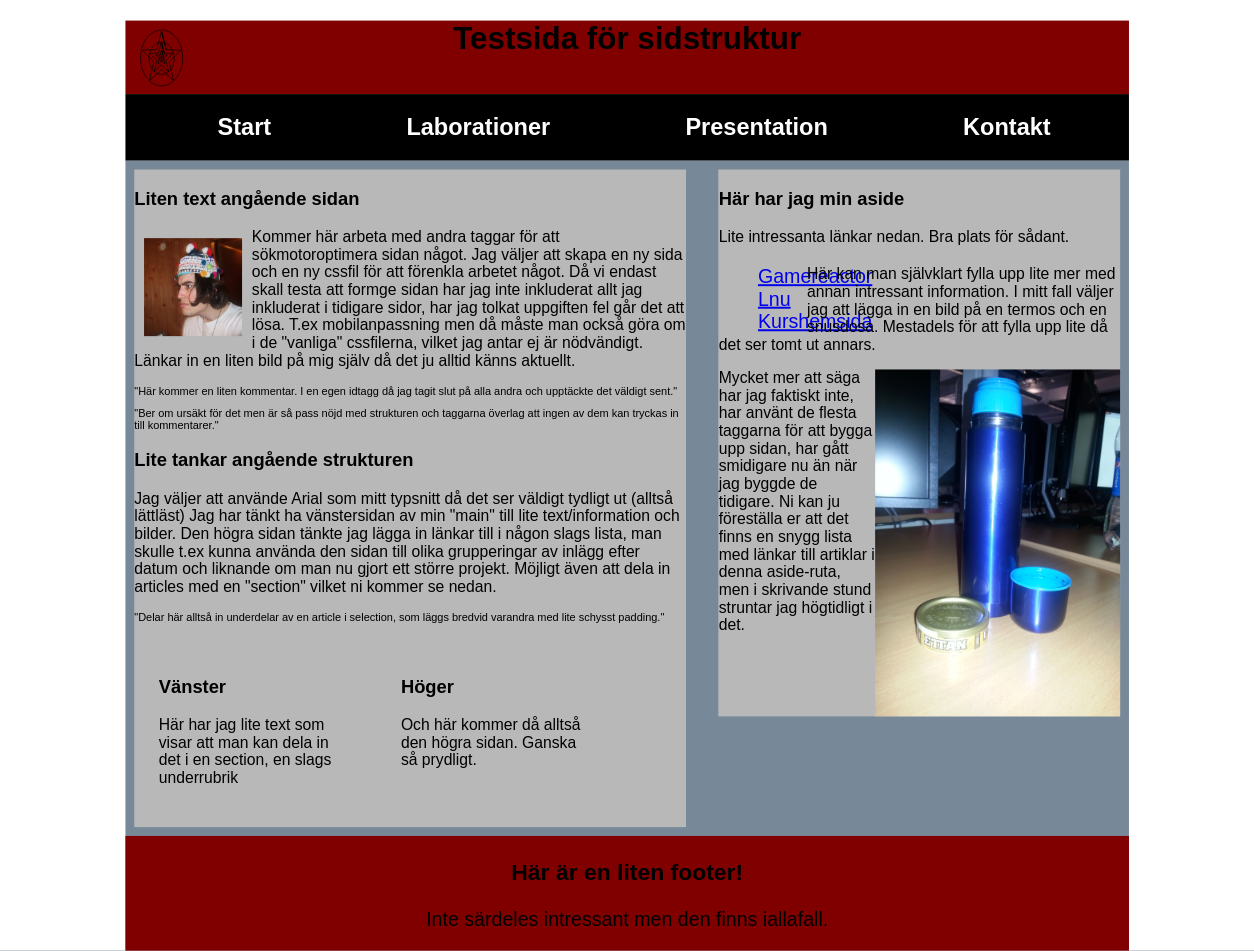
Repository: ao222qc/1IK415_ao222qc_copycat
Page: pages/testsida.html
The author's editor kept a record of every edit. The page is drawn from the files as they stood at one moment, then again after the next edit.
The browser window is 1280 px wide. The pictures show the whole page, at 98% of full size.

Above is the page before.

After the next edit:
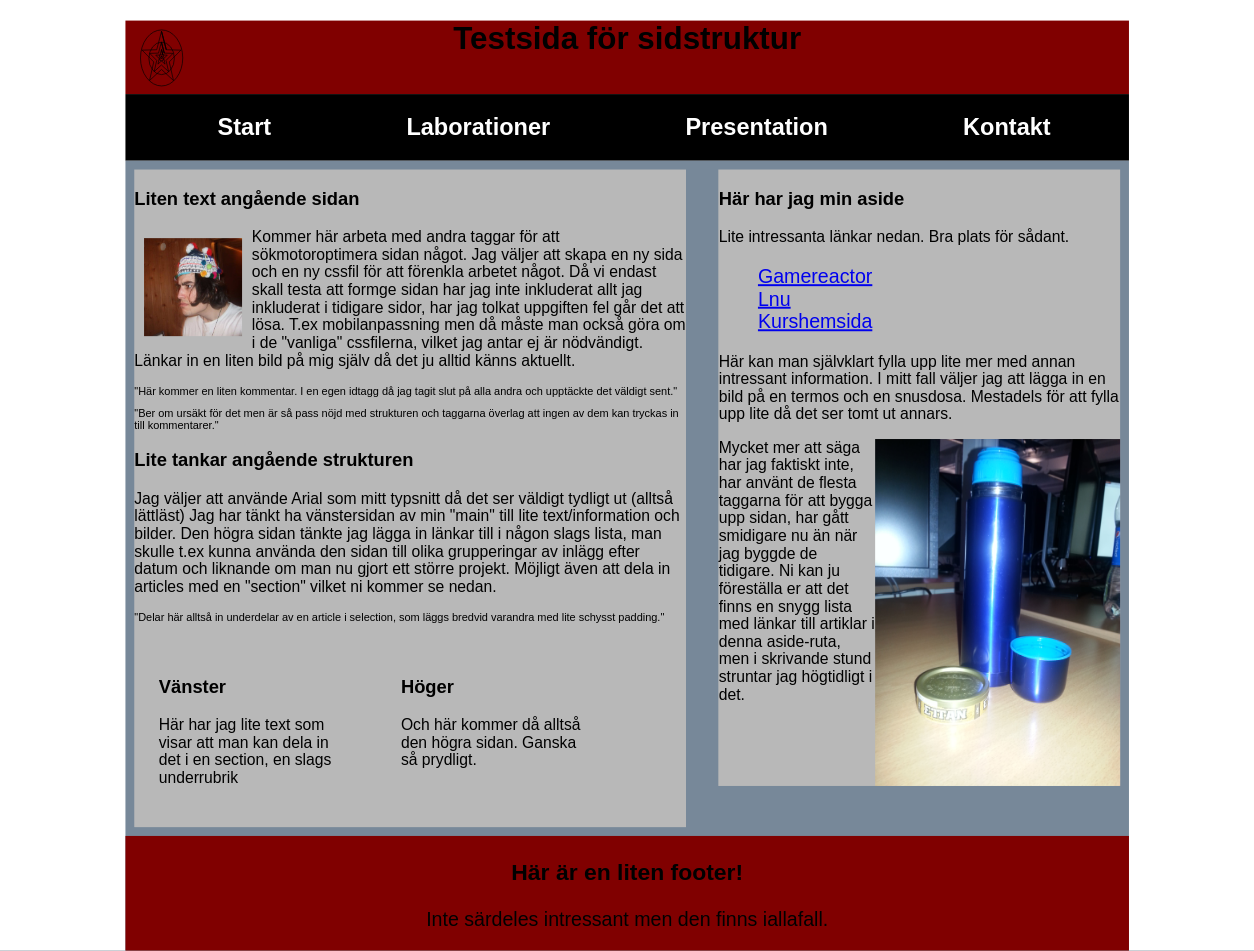
The edit:
--- a/pics/css/testsida.css
+++ b/pics/css/testsida.css
@@ -106,7 +106,7 @@
 {
     list-style-type:none;
     width:50px;
-    float:left;
+    float:none;
 }
 
 Footer
